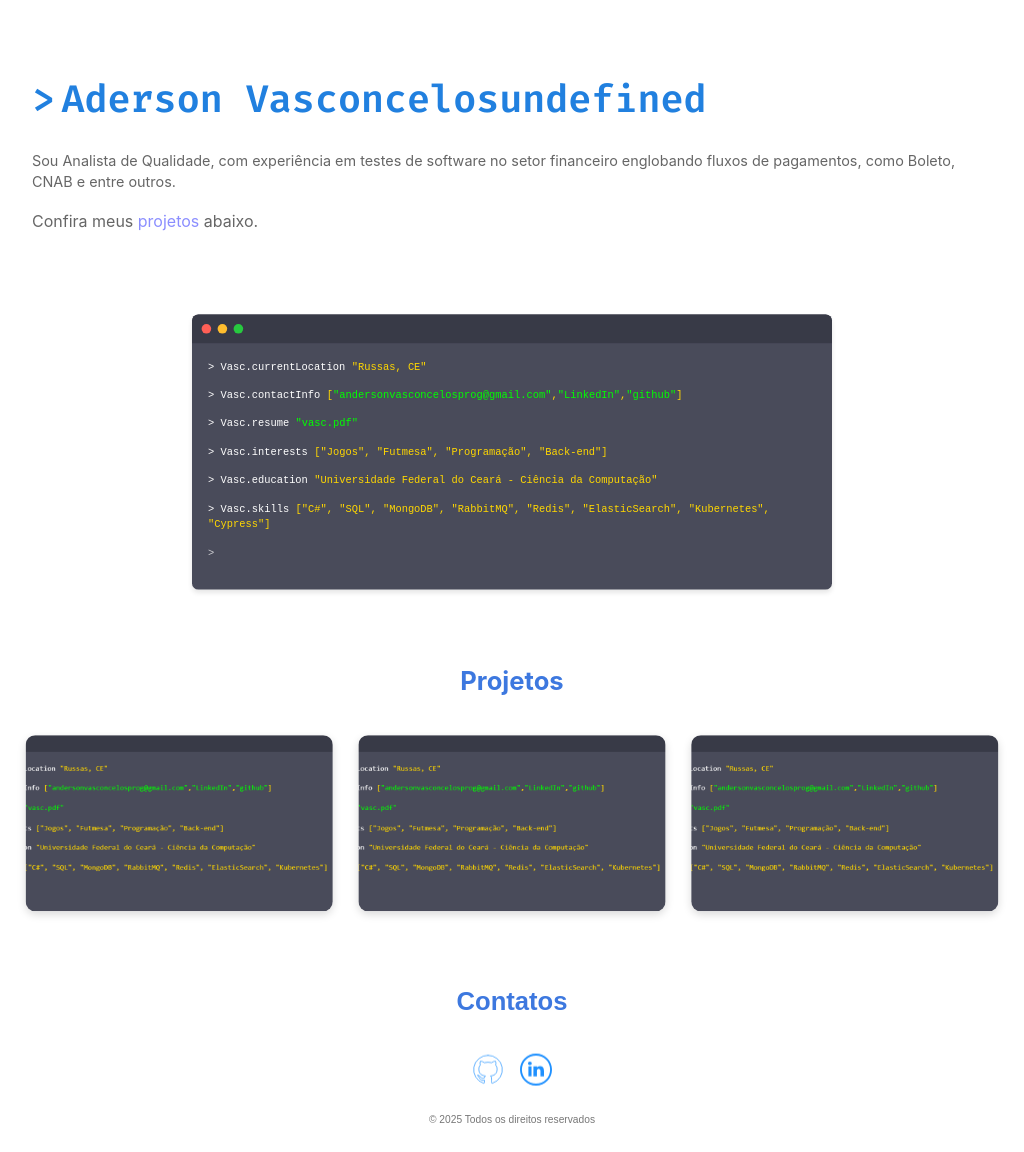
Repository: vascsx/portfolio_vascsx
Page: /
These files come from the project's save history. The page is drawn as it stood at one moment and after the next save; the edit follows.
The browser window is 1280 px wide. The pictures show the whole page, at 80% of full size.
The project was rebuilt for these pictures with package versions that can differ from the ones it lists, and the page was loaded fresh each time.

Above is the page before, as saved 2025-03-15 14:48:55.

After the next save:
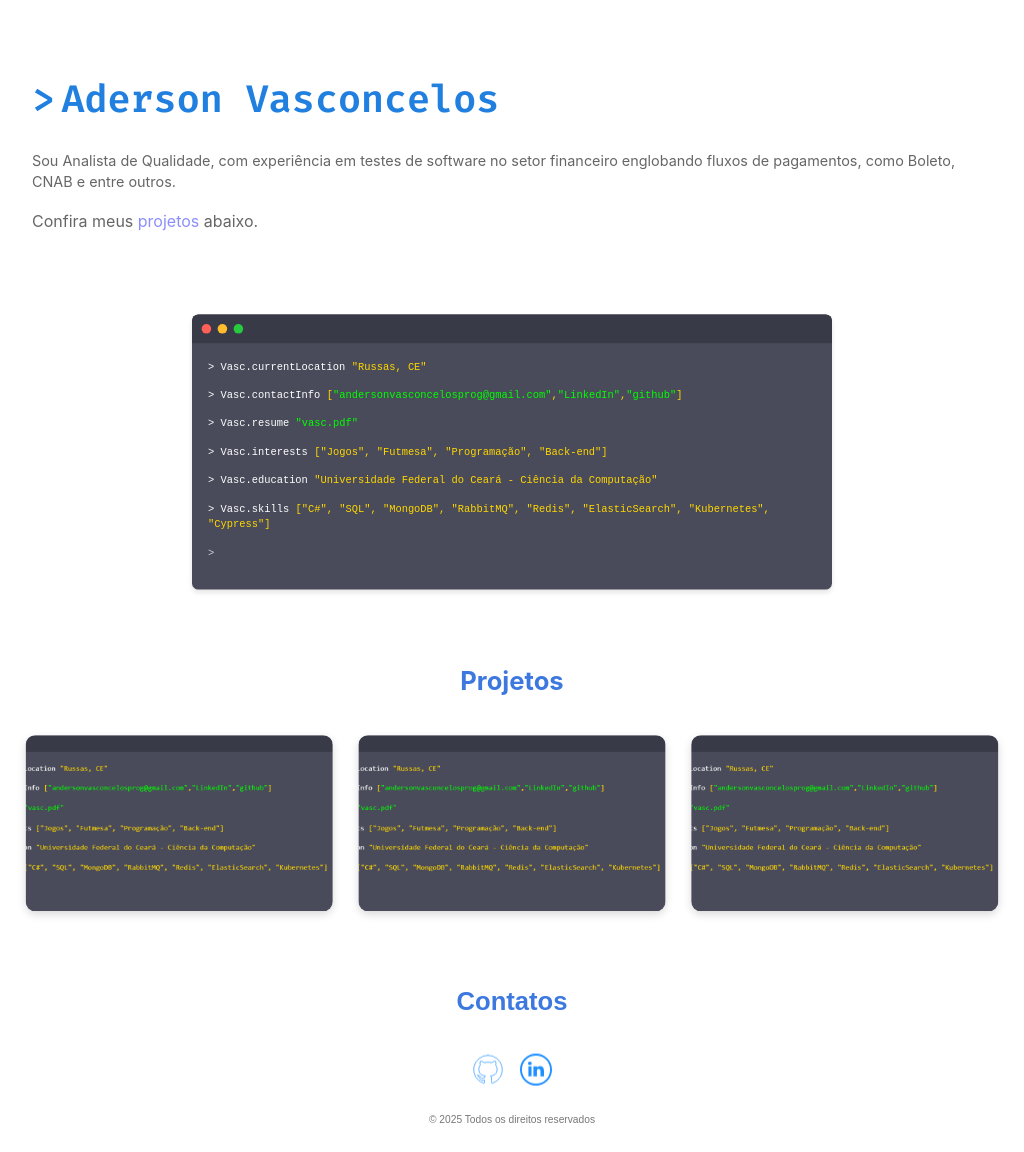
Saved 59 s later.
--- a/src/components/Resume.tsx
+++ b/src/components/Resume.tsx
@@ -9,14 +9,16 @@
   useEffect(() => {
     let index = 0;
     const interval = setInterval(() => {
-      setText((prev) => prev + fullText[index]);
-      index += 1;
-      if (index === fullText.length) {
-        clearInterval(interval);
+      // Garantir que estamos acessando o caractere correto
+      if (index < fullText.length) {
+        setText((prev) => prev + fullText.charAt(index));
+        index += 1;
+      } else {
+        clearInterval(interval); // Parar o intervalo quando o texto completo for digitado
       }
     }, 100); // Velocidade da digitação
 
-    return () => clearInterval(interval);
+    return () => clearInterval(interval); // Limpar o intervalo ao desmontar o componente
   }, []);
 
   return (

After the 3 saves that followed:
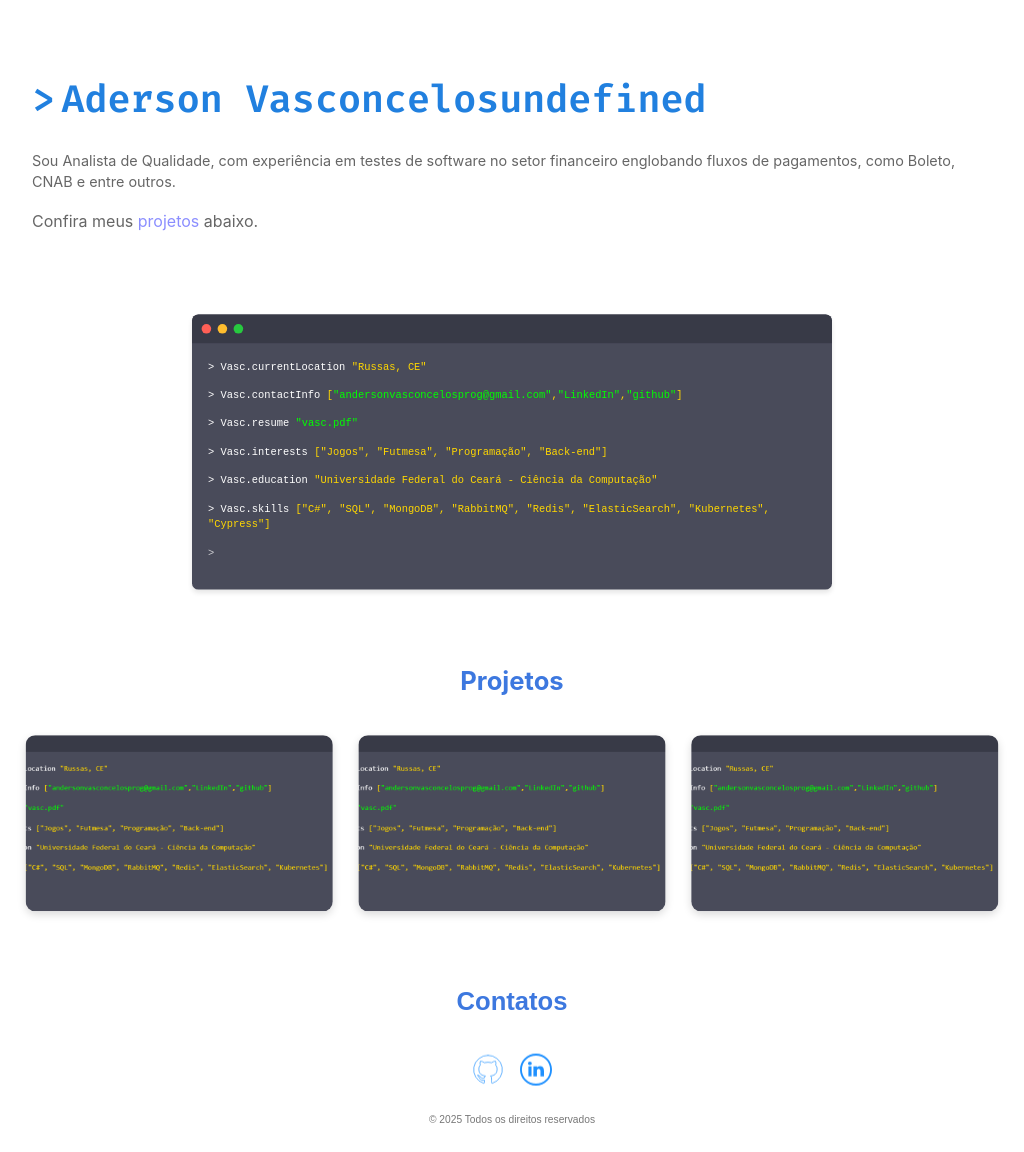
The 3 saves are shown as one change because 2 left the picture as it was.
The last was saved 3 min 20 s later.
--- a/src/components/Resume.tsx
+++ b/src/components/Resume.tsx
@@ -4,29 +4,30 @@
 
 const Resume: React.FC = () => {
   const [text, setText] = useState('');
-  const fullText = 'Anderson Vasconcelos';
+  const fullText = 'Anderson Vasconcelos'; // Texto correto
 
   useEffect(() => {
     let index = 0;
+
     const interval = setInterval(() => {
-      // Garantir que estamos acessando o caractere correto
-      if (index < fullText.length) {
-        setText((prev) => prev + fullText.charAt(index));
-        index += 1;
-      } else {
-        clearInterval(interval); // Parar o intervalo quando o texto completo for digitado
+      setText((prev) => prev + fullText[index]); // Atualiza o texto com o caractere correto
+      index += 1;
+
+      // Verifica se o índice alcançou o comprimento total do texto
+      if (index === fullText.length) {
+        clearInterval(interval); // Interrompe o intervalo quando o texto completo for exibido
       }
-    }, 100); // Velocidade da digitação
+    }, 100); // Velocidade da digitação (100ms por caractere)
 
-    return () => clearInterval(interval); // Limpar o intervalo ao desmontar o componente
-  }, []);
+    return () => clearInterval(interval); // Limpa o intervalo ao desmontar o componente
+  }, []); // O efeito é executado apenas uma vez ao montar o componente
 
   return (
     <div className="resume">
       <div className="resume-header">
         <h1 className="title">
           <span className="prompt-icon">&gt;</span>
-          <span>{text}</span>
+          <span>{text}</span> {/* Exibe o texto enquanto está sendo digitado */}
         </h1>
       </div>
       <div className="resume-content">
